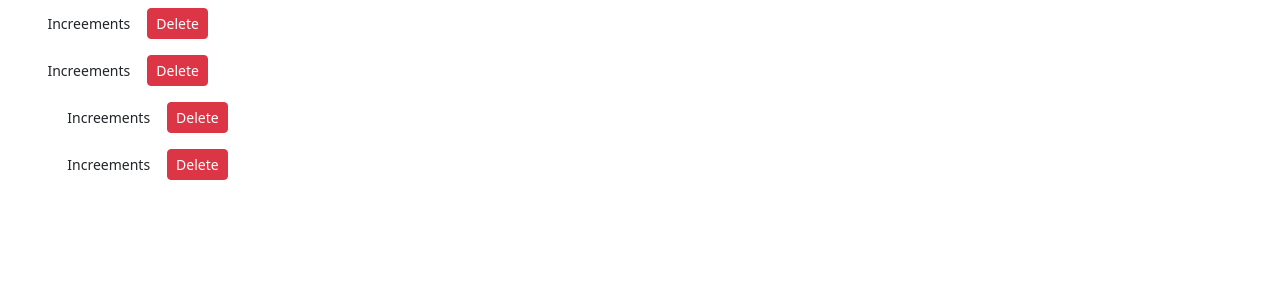
Repository: atulbihari94/counter-app
Page: / (app in counter-app/)
These files come from the project's save history. The page is drawn as it stood at one moment and after the next save; the edit follows.
The browser window is 1280 px wide. The pictures show the whole page.
The project was rebuilt for these pictures with package versions that can differ from the ones it lists, and the page was loaded fresh each time.

Above is the page before, as saved 2019-09-27 00:43:30.

After the next save:
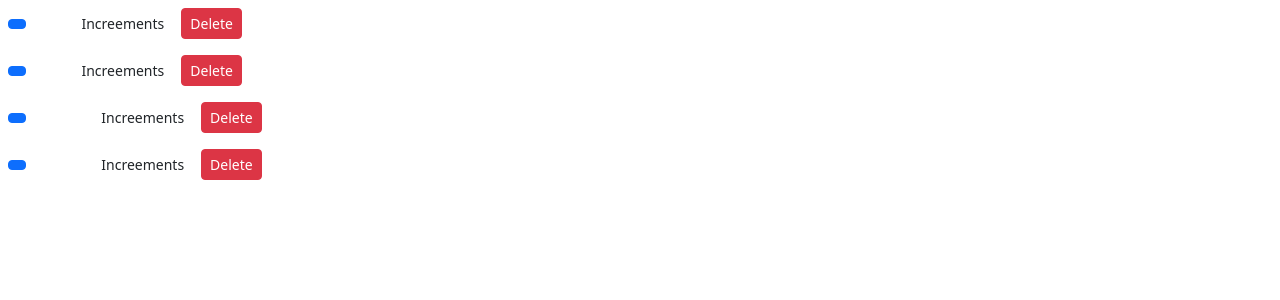
Saved 2 min 34 s later.
--- a/counter-app/src/components/counter.jsx
+++ b/counter-app/src/components/counter.jsx
@@ -10,6 +10,7 @@ class Counter extends Component {
     console.log("props", this.props);
     return (
       <div>
+        <button className="btn btn-primary btn-sm m-2"></button>
         <span className={this.getBadgeClasses()}>{this.formatCount()}</span>
         <button
           onClick={() => this.handleIncreement()}
